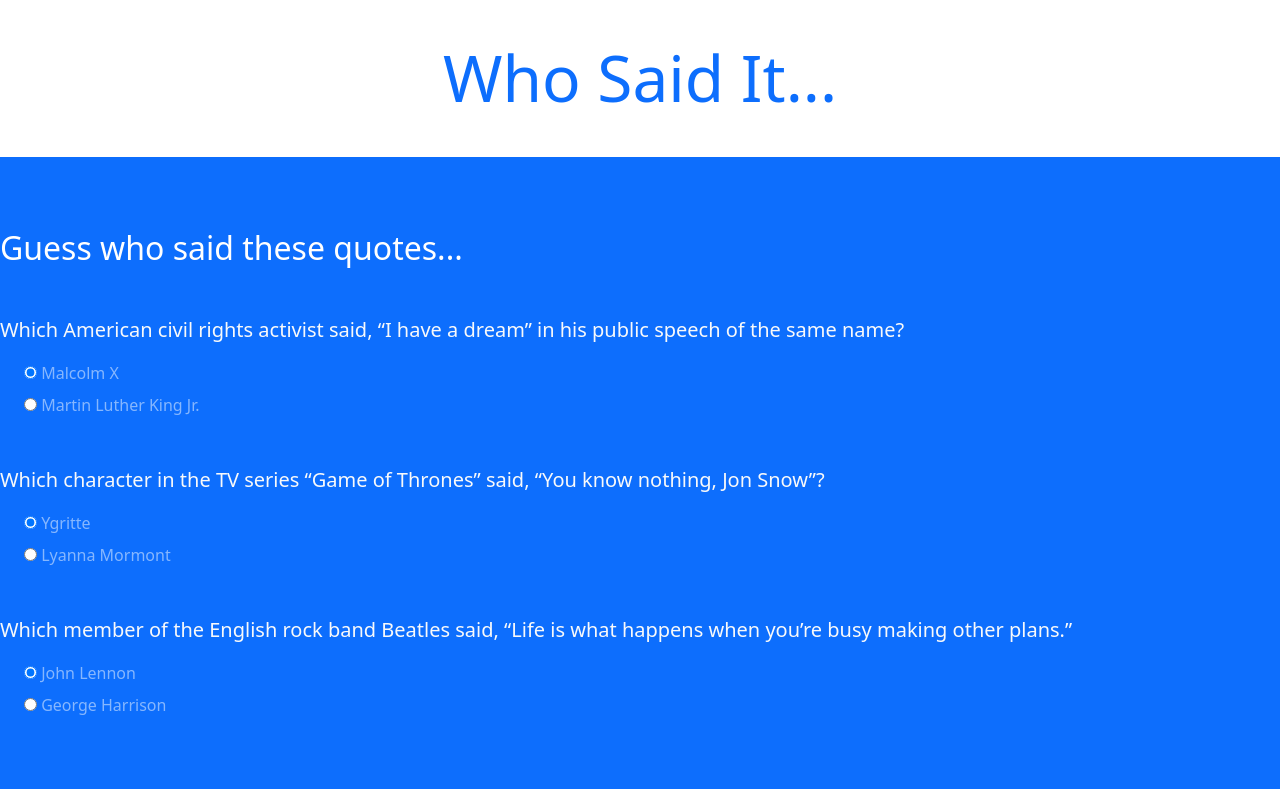
Repository: julihocc/Presentation-02-Forms-with-vanilla-JS
Page: index.html
The author's editor kept a copy of each file at every save. The page is drawn from the files as they stood at one save, then again after a run of saves.
The browser window is 1280 px wide. The pictures show the whole page.

Above is the page before, as saved 2022-09-27 13:50:49.

After the next 3 saves:
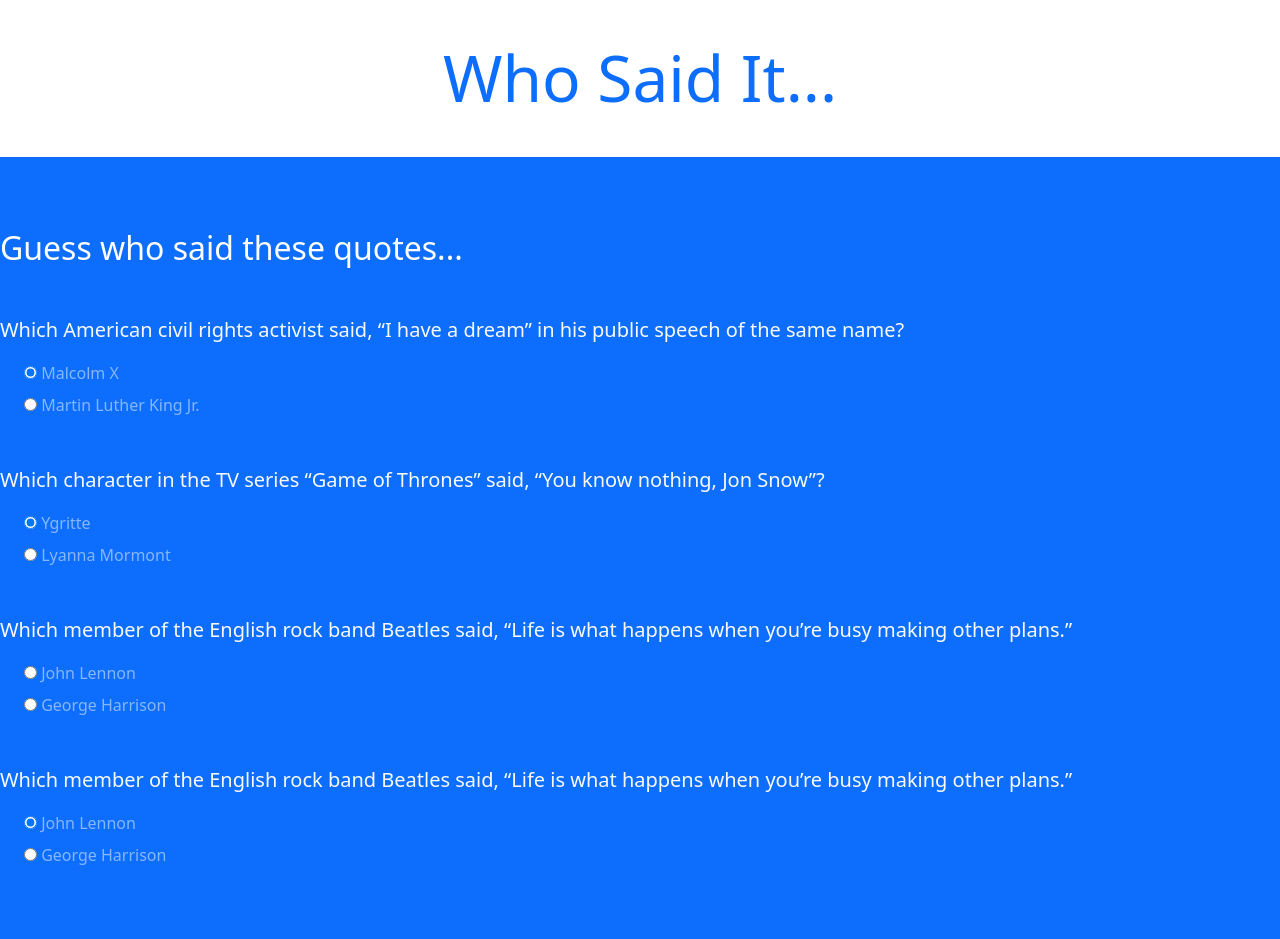
The 3 saves are shown as one change because they came seconds apart.
The last was saved 61 s later.
--- a/index.html
+++ b/index.html
@@ -94,6 +94,25 @@
                             </label>
                         </div>
                     </div>
+                    <!-- step 1.10.1 question #4-->
+                    <div class="my-5">
+                        <p class="lead font-weight-normal"> Which member of the English rock band Beatles said, “Life is what happens when you’re busy making other plans.”
+                        </p>
+                        <!-- step 1.9.2 first option to question 3 -->
+                        <div class="form-check my-2 text-white-50">
+                            <input type="radio" name="q3" value="A" checked>
+                            <label class="form-check-label">
+                                John Lennon
+                            </label>
+                        </div>
+                        <!-- step 1.9.3 second option to quesition 3 -->
+                        <div class="form-check my-2 text-white-50">
+                            <input type="radio" name="q3" value="B">
+                            <label class="form-check-label">
+                                George Harrison
+                            </label>
+                        </div>
+                    </div>
                 </div>
             </form>
         </div>
